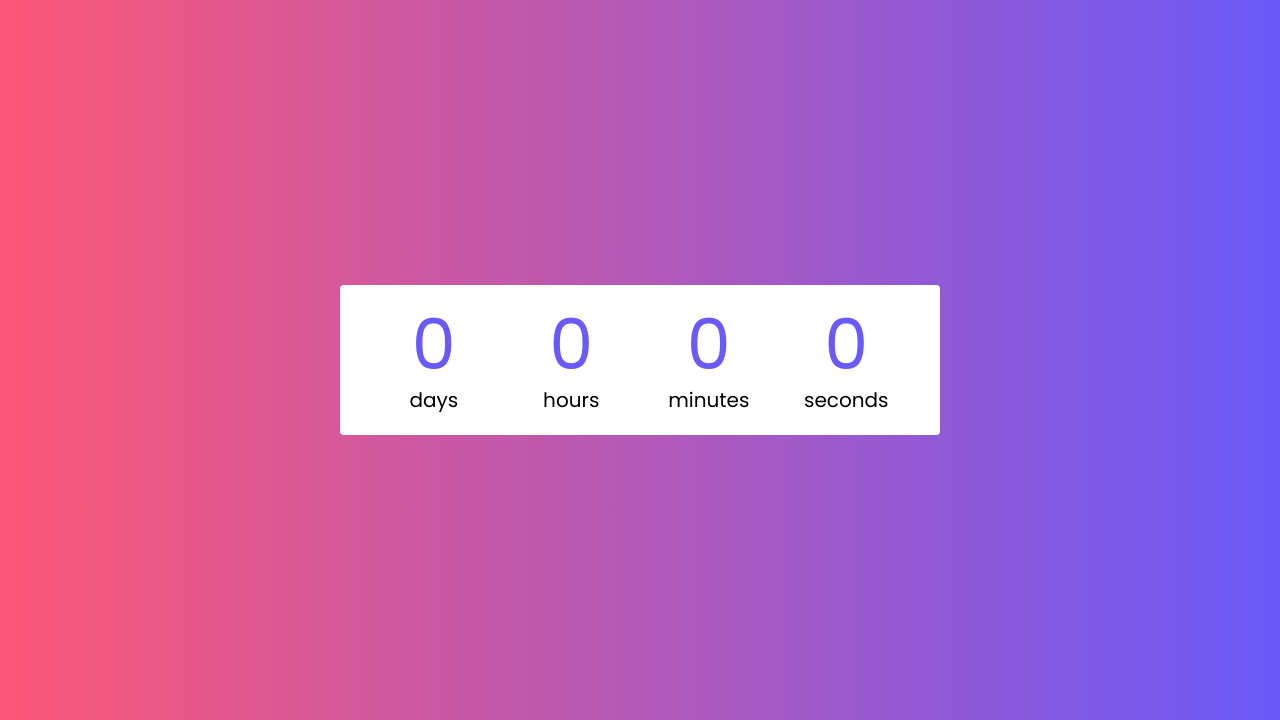
Repository: thuan711/All-about-JS
Page: countdown.html
These files come from the project's save history. The page is drawn as it stood at one moment and after the next save; the edit follows.
The browser window is 1280 px wide. The pictures show the whole page.

Above is the page before, as saved 2022-12-31 01:15:18.
Console error: TypeError: Assignment to constant variable.

### countdown.html
<!DOCTYPE html>
<html lang="en">
  <head>
    <meta charset="UTF-8" />
    <meta http-equiv="X-UA-Compatible" content="IE=edge" />
    <title>Countdown Timer</title>
    <link rel="preconnect" href="https://fonts.gstatic.com" />
    <link
      href="https://fonts.googleapis.com/css2?family=Poppins:wght@400;600&display=swap"
      rel="stylesheet"
    />
    <link
      rel="stylesheet"
      href="https://cdnjs.cloudflare.com/ajax/libs/font-awesome/4.7.0/css/font-awesome.min.css"
      integrity="sha512-SfTiTlX6kk+qitfevl/7LibUOeJWlt9rbyDn92a1DqWOw9vWG2MFoays0sgObmWazO5BQPiFucnnEAjpAB+/Sw=="
      crossorigin="anonymous"
    />
    <style>
        html {
            box-sizing: border-box;
            font-size: 62.5%;
          }
          * {
            margin: 0;
            padding: 0;
          }
          *,
          *:before,
          *:after {
            box-sizing: border-box;
          }
          input,
          textarea,
          select,
          button {
            outline: none;
          }
          input {
            line-height: normal;
          }
          label,
          button {
            cursor: pointer;
          }
          a {
            text-decoration: none;
          }
          img {
            display: block;
            max-width: 100%;
          }
          body {
            font-family: "Poppins", sans-serif;
            font-size: 16px;
            line-height: 1;
            background-image: linear-gradient(to right, #fc5776, #6a5af9);
            display: flex;
            justify-content: center;
            align-items: center;
            height: 100vh;
          }
          .countdown {
            display: flex;
            background-color: white;
            width: 100%;
            max-width: 600px;
            border-radius: 4px;
            padding: 25px;
          }
          .countdown li {
            text-align: center;
            width: 25%;
            display: flex;
            flex-direction: column;
            justify-content: center;
            padding: 0 20px;
          }
          .number,
          .text {
            line-height: 1;
          }
          .number {
            font-size: 70px;
            margin-bottom: 10px;
            color: #6a5af9;
          }
          .text {
            font-size: 20px;
            font-weight: 300;
          }
    </style>
  </head>
  <body>
    <ul class="countdown">
      <li>
        <span class="number days">0</span>
        <span class="text">days</span>
      </li>
      <li>
        <span class="number hours">0</span>
        <span class="text">hours</span>
      </li>
      <li>
        <span class="number minutes">0</span>
        <span class="text">minutes</span>
      </li>
      <li>
        <span class="number seconds">0</span>
        <span class="text">seconds</span>
      </li>
    </ul>
    <script src="event/countdown.js"></script>
  </body>
</html>

### event/countdown.js
window.addEventListener("load", function(){
    const dayText = document.querySelector(".days");
    const hoursText = document.querySelector(".hours");
    const munitesText = document.querySelector(".munites");
    const secondsText = document.querySelector(".seconds");
    function countdown(date){
        const now = new Date();
        let days, hours, minutes, seconds;
        const startDate = now.getTime();
        const endDate = new Date(date).getTime();
        const timeRemaining = parseInt((endDate - startDate) / 1000);
        days = parseInt(timeRemaining / 86400);
        timeRemaining = timeRemaining % 86400;
        hours = parseInt(timeRemaining / 3600);
        timeRemaining = timeRemaining % 3600;
        minutes = parseInt(timeRemaining / 60);
        timeRemaining = timeRemaining % 60;
        seconds = parseInt(timeRemaining);
        dayText.textContent = days;
        hoursText.textContent = hours;
        munitesText.textContent = minutes;
        secondsText.textContent = seconds;
    }
    countdown("Mon Jan 02 2023 20:20:20 GMT+0700 (Indochina Time");
});

After the next save:
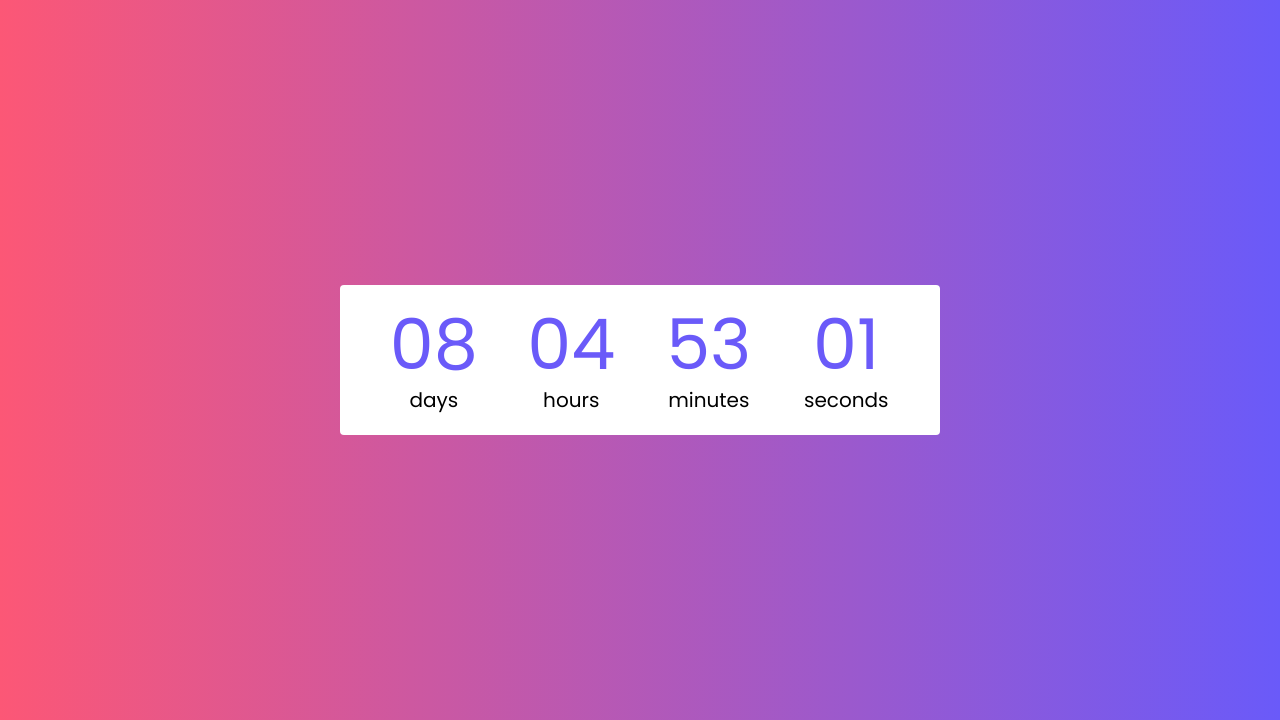
The error is gone.
Saved 3 min 4 s later.
--- a/event/countdown.js
+++ b/event/countdown.js
@@ -1,25 +1,34 @@
-window.addEventListener("load", function(){
-    const dayText = document.querySelector(".days");
+window.addEventListener("load", function () {
+    const daysText = document.querySelector(".days");
     const hoursText = document.querySelector(".hours");
-    const munitesText = document.querySelector(".munites");
+    const minutesText = document.querySelector(".minutes");
     const secondsText = document.querySelector(".seconds");
-    function countdown(date){
+    function countdown(date) {
+      const endDate = new Date(date).getTime();
+      let currentDate = new Date().getTime();
+      if (isNaN(endDate) || endDate - currentDate <= 0) return;
+      setInterval(calculate, 1000);
+      function calculate() {
+        let days, hours, minutes, seconds;
         const now = new Date();
-        let days, hours, minutes, seconds;
         const startDate = now.getTime();
-        const endDate = new Date(date).getTime();
-        const timeRemaining = parseInt((endDate - startDate) / 1000);
-        days = parseInt(timeRemaining / 86400);
-        timeRemaining = timeRemaining % 86400;
-        hours = parseInt(timeRemaining / 3600);
-        timeRemaining = timeRemaining % 3600;
-        minutes = parseInt(timeRemaining / 60);
-        timeRemaining = timeRemaining % 60;
-        seconds = parseInt(timeRemaining);
-        dayText.textContent = days;
-        hoursText.textContent = hours;
-        munitesText.textContent = minutes;
-        secondsText.textContent = seconds;
+        let timeRemaining = parseInt((endDate - startDate) / 1000);
+        if (timeRemaining > 0) {
+          days = parseInt(timeRemaining / 86400);
+          timeRemaining = timeRemaining % 86400;
+          hours = parseInt(timeRemaining / 3600);
+          timeRemaining = timeRemaining % 3600;
+          minutes = parseInt(timeRemaining / 60);
+          timeRemaining = timeRemaining % 60;
+          seconds = parseInt(timeRemaining);
+          daysText.textContent = `0${days}`.slice(-2);
+          hoursText.textContent = `0${hours}`.slice(-2);
+          minutesText.textContent = `0${minutes}`.slice(-2);
+          secondsText.textContent = `0${seconds}`.slice(-2);
+        } else {
+          return;
+        }
+      }
     }
-    countdown("Mon Jan 02 2023 20:20:20 GMT+0700 (Indochina Time");
-});
+    countdown("Mon Jan 2 2023 22:44:42 GMT+0700 (Indochina Time)");
+  });
